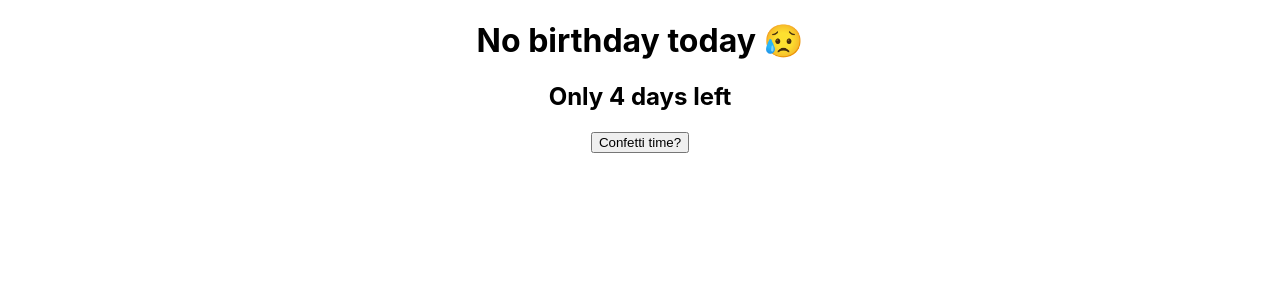
Repository: David-Waite/HannahsBirthdayWebsite
Page: /
An editor plug-in stored every save of this project. The page is shown before and after the next save, followed by the edit.
The browser window is 1280 px wide. The pictures show the whole page.
The project was rebuilt for these pictures with package versions that can differ from the ones it lists, and the page was loaded fresh each time.

Above is the page before, as saved 2023-03-30 18:07:26.

After the next save:
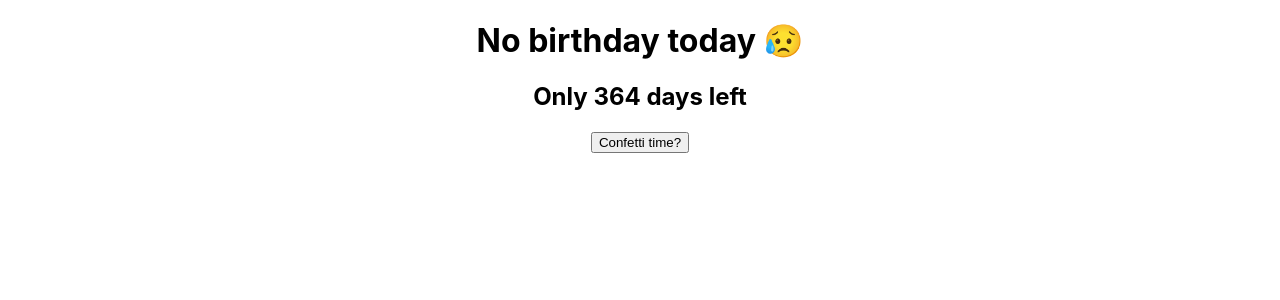
Saved 51 s later.
--- a/src/App.js
+++ b/src/App.js
@@ -27,11 +27,13 @@ function App() {
   function getDaysUntilBirthday() {
     const date = new Date();
     const hannahBday = new Date(date.getFullYear(), 2, 29);
+    const hannahBdayNextYear = new Date(date.getFullYear() + 1, 2, 29);
+    const oneDay = 1000 * 60 * 60 * 24;
 
-    const oneDay = 1000 * 60 * 60 * 24;
     let daysUntilBirthday;
     if (hannahBday < date) {
-      daysUntilBirthday = 4;
+      daysUntilBirthday =
+        Math.ceil(hannahBdayNextYear.getTime() - date.getTime()) / oneDay;
     } else {
       daysUntilBirthday =
         Math.ceil(hannahBday.getTime() - date.getTime()) / oneDay;
